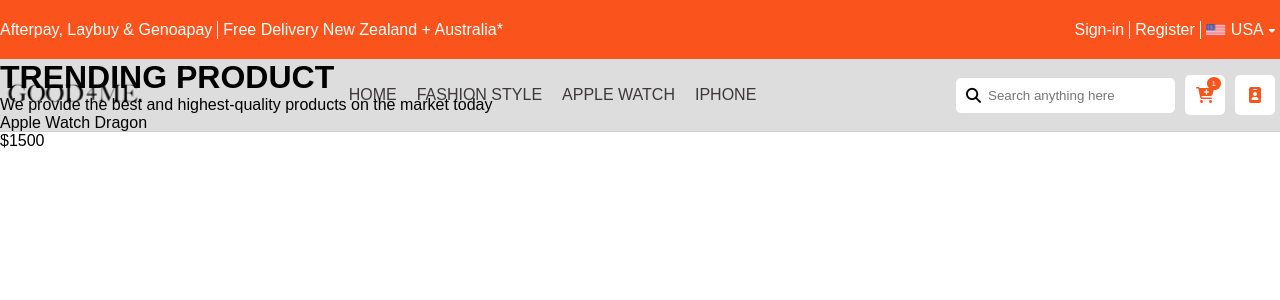
Repository: Ngoc28/Shoppe-web
Page: index.html
The author's editor kept a copy of each file at every save. The page is drawn from the files as they stood at one save, then again after the next save.
The browser window is 1280 px wide. The pictures show the whole page.
Some web fonts or font styles are not loaded; a fallback is used.

Above is the page before, as saved 2023-08-07 23:01:21.

### index.html
<!DOCTYPE html>
<html lang="en">
<head>
    <meta charset="UTF-8">
    <meta name="viewport" content="width=device-width, initial-scale=1.0">
    <title>Home</title>
    <link rel="stylesheet" href="./accest/css/base.css">
    <link rel="stylesheet" href="./accest/css/main.css">
    <link rel="stylesheet" href="https://cdnjs.cloudflare.com/ajax/libs/font-awesome/6.4.2/css/all.min.css" integrity="sha512-z3gLpd7yknf1YoNbCzqRKc4qyor8gaKU1qmn+CShxbuBusANI9QpRohGBreCFkKxLhei6S9CQXFEbbKuqLg0DA==" crossorigin="anonymous" referrerpolicy="no-referrer" />
</head>
<body>
    <header>
        <div class="header-top">
            <div class="header-info wide">
                <div class="header-info-dis">
                    <p class="header-info-country">Afterpay, Laybuy & Genoapay</p>
                    <div class="boder-r"></div>
                    <p class="header-info-country">Free Delivery New Zealand + Australia*</p>
                </div>
                <div class="header-info-user">
                    <div class="header-authen">
                        <p class="btn-sign">Sign-in</p>
                        <div class="boder-r"></div>
                        <p class="btn-register">Register</p>
                        <div class="boder-r"></div>
                    </div>
                    <div class="header-contry">
                        <img src="./accest/image/co.png" alt="" width="20px", height="12px" >
                        <p class="btn-country">
                            USA
                            <i class="fa-solid fa-caret-down"></i>
                        </p>
                    </div>
                </div>
            </div>
        </div>
        <div class="header-bot">
            <div class="header-nav wide">
                <div class="header-logo">
                    <img src="./accest/image/Logo_-_Good4Me_140x 1.png" alt="">
                </div>
                <div class="header-navbar">
                    <ul class="nav-link">
                        <li class="nav-item"><a href="">Home</a></li>
                        <li class="nav-item"><a href="">Fashion style</a></li>
                        <li class="nav-item"><a href="">Apple watch</a></li>
                        <li class="nav-item"><a href="">Iphone</a></li>
                    </ul>
                </div>
                <div class="header-choose">
                    <label for="search" class="header-search">
                        <i class="fa-solid fa-magnifying-glass"></i>
                        <input type="text" placeholder="Search anything here" id="search">
                    </label>
                    <div class="header-cart">
                        <i class="fa-solid fa-cart-plus"></i>

                        <div class="cart-number">
                            <span>1</span>
                        </div>
                    </div>
                    <div class="header-contact">
                        <i class="fa-solid fa-id-badge"></i>
                    </div>
                </div>
            </div>
        </div>
    </header>

    <div class="container">
        <div class="banner-home">
            <div class="main-width">
                <div class="banner-sale">
                    <h1 class="banner-heading">
                        TRENDING PRODUCT
                    </h1>
                    <p class="banner-text">
                        We provide the best and highest-quality products on the market today
                    </p>
                    <div class="banner-price">
                        <p>
                            Apple Watch Dragon
                        </p>
                        <span>$1500</span>
                    </div>
                </div>
                <div class="banner-img">

                </div>
            </div>
        </div>
    </div>
</body>
</html>

### accest/css/base.css
@font-face{font-family:gilroy-bold;font-style:normal;font-weight:400;src:local('Gilroy-Bold'),url(https://fonts.cdnfonts.com/s/16219/Gilroy-Bold.woff) format('woff')}@font-face{font-family:gilroy-heavy;font-style:normal;font-weight:400;src:local('Gilroy-Heavy'),url(https://fonts.cdnfonts.com/s/16219/Gilroy-Heavy.woff) format('woff')}@font-face{font-family:gilroy-light;font-style:normal;font-weight:400;src:local('Gilroy-Light'),url(https://fonts.cdnfonts.com/s/16219/Gilroy-Light.woff) format('woff')}@font-face{font-family:gilroy-medium;font-style:normal;font-weight:400;src:local('Gilroy-Medium'),url(https://fonts.cdnfonts.com/s/16219/Gilroy-Medium.woff) format('woff')}@font-face{font-family:gilroy-regular;font-style:normal;font-weight:400;src:local('Gilroy-Regular'),url(https://fonts.cdnfonts.com/s/16219/Gilroy-Regular.woff) format('woff')}

*{
    padding: 0;
    margin: 0;
    box-sizing: border-box;
}

:root {
    --main-color: #FA541C;
    --footer-color: #FFF8F6;
    --white-color: #ffff;
    --text-color: #3D3737;
    --gray-text:#85858A;
    --gray-background: #DDDDDD;
}

.wide{
    width: 1280px;
}

html {
    font-family: gilroy-regular, sans-serif;
}

### accest/css/main.css
.main-width{
    width: 1120px;
}

header {
    background: var(--main-color);
    height: 59px;
}

.header-top {
    display: flex;
    justify-content: center;
    align-items: center;
    width: 100%;
    height: 100%;
}

.header-info {
    display: flex;
    justify-content: space-between;
}

.header-info-dis {
    display: flex;
}

.header-info-country {
    font-size: 16px;
    font-weight: 300;
    color: var(--white-color);
}

.boder-r {
    border-right: 1px solid #fff;
    margin: 0 5px;
}

.header-authen {
    display: flex;
}

.header-info-user {
    display: flex;

}

.btn-sign,
.btn-register {
    border: none;
    background-color: var(--main-color);
    color: var(--white-color);
    font-size: 16px;
    font-weight: 200;
    cursor: pointer;
}


.header-contry {
    display: flex;
    align-items: center;
}

.btn-country {
    border: none;
    background: var(--main-color);
    color: var(--white-color);
    font-size: 16px;
    font-weight: 300;
    text-transform: uppercase;
    padding: 0 5px;
    display: flex;
    align-items: center;
    cursor: pointer;
}

.btn-country i {
    padding-left:5px ;
    font-size: 10px;
    color: var(--white-color);
}

/* NAVBAR */
.header-bot {
    display: flex;
    justify-content: center;
    width: 100%;
    /* height: 100%;      */
    border-bottom: 1px solid #ccc ;
    background: var(--gray-background);
}

.header-logo img {
    object-fit: cover;
}

.header-nav {
    height: 72px;
    display: flex;
    align-items: center;
    justify-content: space-between;
}

.nav-link {
    display: flex;

}

.nav-item {
    list-style: none;
}

.nav-item a {
    text-decoration: none;
    color: var(--text-color);
    font-size: 16px;
    font-weight: 600px;
    padding: 0 10px;
    text-transform: uppercase;
}

.nav-item a:hover {
    color: var(--main-color);
}

.header-choose {
    display: flex;
    align-items: center;
    border-radius: 5px;

}

.header-search {
    background: var(--white-color);
    padding: 10px;
    display: flex;
    align-items: center;
    justify-content: center;
    border-radius: 5px;
    margin-right: 5px;
}

.header-search input {
    border: none;
    outline: none;

}

.header-search i {
    font-size: 15px;
    margin-right: 7px;
}

.header-cart,
.header-contact {
    background: var(--white-color);
    /* padding: 10px; */
    border-radius: 5px;
    margin: 0 5px;
    width: 40px;
    height: 40px;
    display: flex;
    justify-content: center;
    align-items: center;
}

.header-cart {
    position: relative;
}

.header-cart i,
.header-contact i {
    color: var(--main-color);
}

.cart-number {
    position: absolute;
    top: -3px;
    right: 4px;
    z-index: 1;
    /* width: 30px;
    height: 30px; */
}
.cart-number span {
    padding: 2px 5px;
    font-size: 8px;
    border-radius: 50%;
    background: var(--main-color);
    color: var(--white-color);
}

.header-contact {

}

/* container */
.container {
    margin-top: ;
}

After the next save:
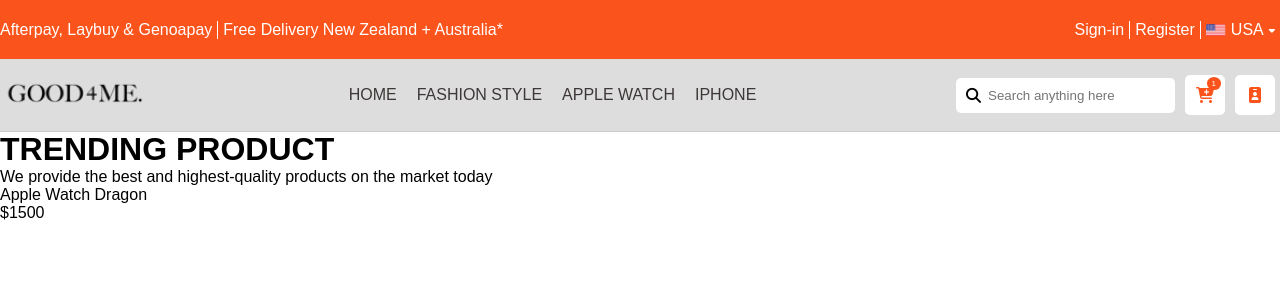
Saved 10 s later.
--- a/accest/css/main.css
+++ b/accest/css/main.css
@@ -194,5 +194,5 @@
 
 /* container */
 .container {
-    margin-top: ;
+    margin-top: 72px;
 }
